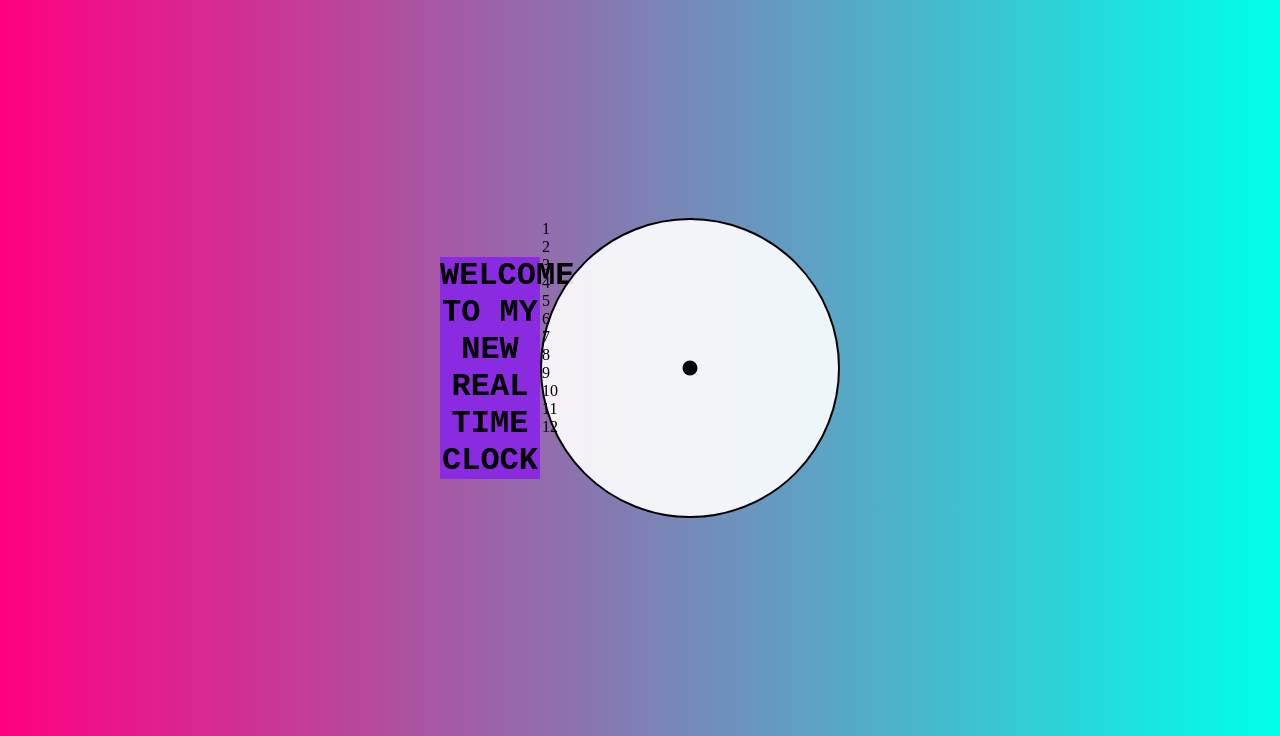
Repository: mirambialex/watch
Page: clock.html
The author's editor kept a copy of each file at every save. The page is drawn from the files as they stood at one save, then again after a run of saves.
The browser window is 1280 px wide. The pictures show the whole page.

Above is the page before, as saved 2024-05-01 09:31:12.
Console error: SyntaxError: Unexpected token '<'

### clock.html
<!DOCTYPE html>
<html lang="en">
<head>
    <meta charset="UTF-8">
    <meta name="viewport" content="width=device-width, initial-scale=1.0">
    <link rel="stylesheet" href="clock.css">
    <script defer src="clock.js"></script>
    <title>clock</title>
</head>
<h1> <div class="header">WELCOME TO MY NEW REAL TIME CLOCK</div></h1>
<body>
    <div class="clock">
        <div class="hand hour" data-hour-hand></div>
        <div class="hand minute" data-minute-hand></div>
        <div class="hand second" data-second-hand></div>
        <div class="number number1">1</div>
        <div class="number number2">2</div>
        <div class="number number3">3</div>
        <div class="number number4">4</div>
        <div class="number number5">5</div>
        <div class="number numberR6">6</div>
        <div class="number number7">7</div>
        <div class="number number">8</div>
        <div class="number number9">9</div>
        <div class="number number10">10</div>
        <div class="number number11">11</div>
        <div class="number number12">12</div>

    </div>
</body>
</html>

### clock.css
*, *::after, *::before {
    box-sizing: border-box;
    font-family: 'Times New Roman', Times, serif;

}
body{
    background: linear-gradient(to right,rgb(255,0,128),hsl(175,100%,50%));
    display: flex;
    justify-content: center;
    align-items: center;
    min-height: 100vh;
    overflow: hidden;

}
.clock{
    width: 300px;
    height: 300px;
    background-color: rgb(255,255,255,.9);
    border-radius: 50%;
    border: 2px solid black;
    position: relative;
}
.clock .NUMBER{
    --rotation:0;
    position: absolute;
    width: 100%;
    height: 100%;
    text-align: center;
    transform: rotate(var(--rotation));
    font-size: 1.5rem;
}

    .clock .number number1 {--rotation:30deg}
    .clock .number number2 {--rotation:60deg}
    .clock .number number3 {--rotation:90deg}
    .clock .number number4 {--rotation:120deg}
    .clock .number number5 {--rotation:150deg}
    .clock .number number6 {--rotation:180deg}
    .clock .number number7 {--rotation:210deg}
    .clock .number number8 {--rotation:240deg}
    .clock .number number9 {--rotation:270deg}
    .clock .number number10 {--rotation:300deg}
    .clock .number number11 {--rotation:330deg}

}
.clock.hand{
    --rotation: 0;
    position:absolute;
    bottom: 50%;
    left: 50%;
    background-color: black;
    border: 1px solid rgb(136,99,224);
    border-top-left-radius: 10px;
    border-top-right-radius: 10px;
    transform-origin: bottom;
    z-index:10;
    transform: translateX(-50%)rotation(calc(var--rotation)*1deg));

}
.clock::after{
    content:" ";
    position: absolute;
    background-color: black;
    z-index: 11;
    width: 15px;
    height: 15px;
    top:50%;
    left: 50%;
    transform: translate(-50%, -50%);
    border-radius: 50%;

}
.clock.second-hand {
    width: 3px;
    height: 45%;
    background-color: rgb(221,65,198);
}
.clock.minute-hand{
    width: 7px;
    height: 40%;
    border-color: rgb(69,19,187);

}
.clock.hour-hand{
    width: 10px;
    height: 35%;
    background-color: rgb(166,209,9);
}
.header{
    font-family: 'Courier New', Courier, monospace;
    text-align: center;
    text-transform: capitalize;
    width: 100px;
    background-color: blueviolet;
    position: top;
}

### clock.js
<script>
        setInterval(setClock,1000)
        const hourHand= document.querySelector ("[data-hour-hand]")
        const minuteHand = document.querySelector ("[data-minute-hand]")
        const secondHand = document.querySelector ("[data-second-hand]")

        function setCLASS() {
            const currentDate=new Date()
            const secondRatio =currentDate.getSeconds() / 60
            const minutesRatio =(secondRatio+currentDate.getMinutes())/
            const hoursRatio=(minutesRatio+currentDate.gethours())/
            setRotatio(secondHand,secondsRatio)
            setRotatio(minuteHand,minuteRatio)
            setRotatio(hourHand,hoursRatio)
        }
        function setRotatio(element,rotationRatio)
        {
        Element.style.setProperty("--rotation",rotationRatio*360)
        }
        setClock()
</script>

After the next 2 saves:
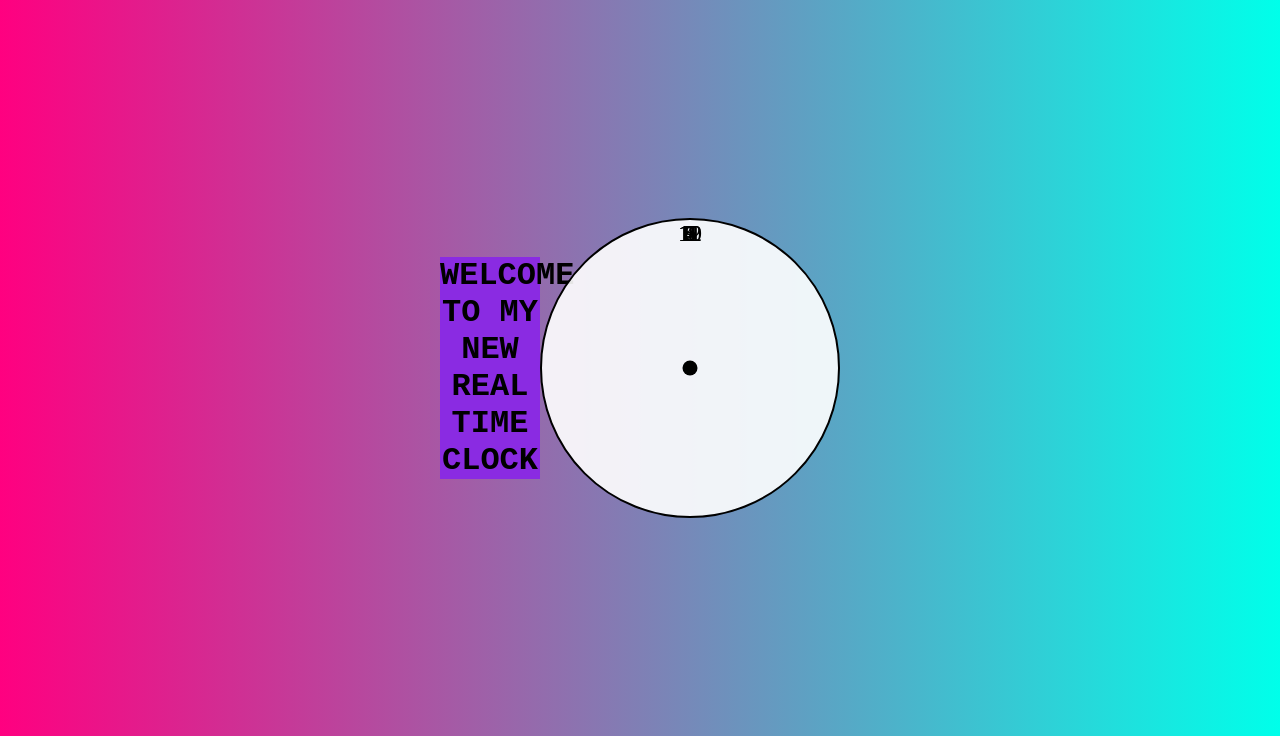
The 2 saves are shown as one change because they came seconds apart.
The last was saved 13 s later.
--- a/clock.css
+++ b/clock.css
@@ -20,7 +20,7 @@
     border: 2px solid black;
     position: relative;
 }
-.clock .NUMBER{
+.clock .number{
     --rotation:0;
     position: absolute;
     width: 100%;

After the save that followed:
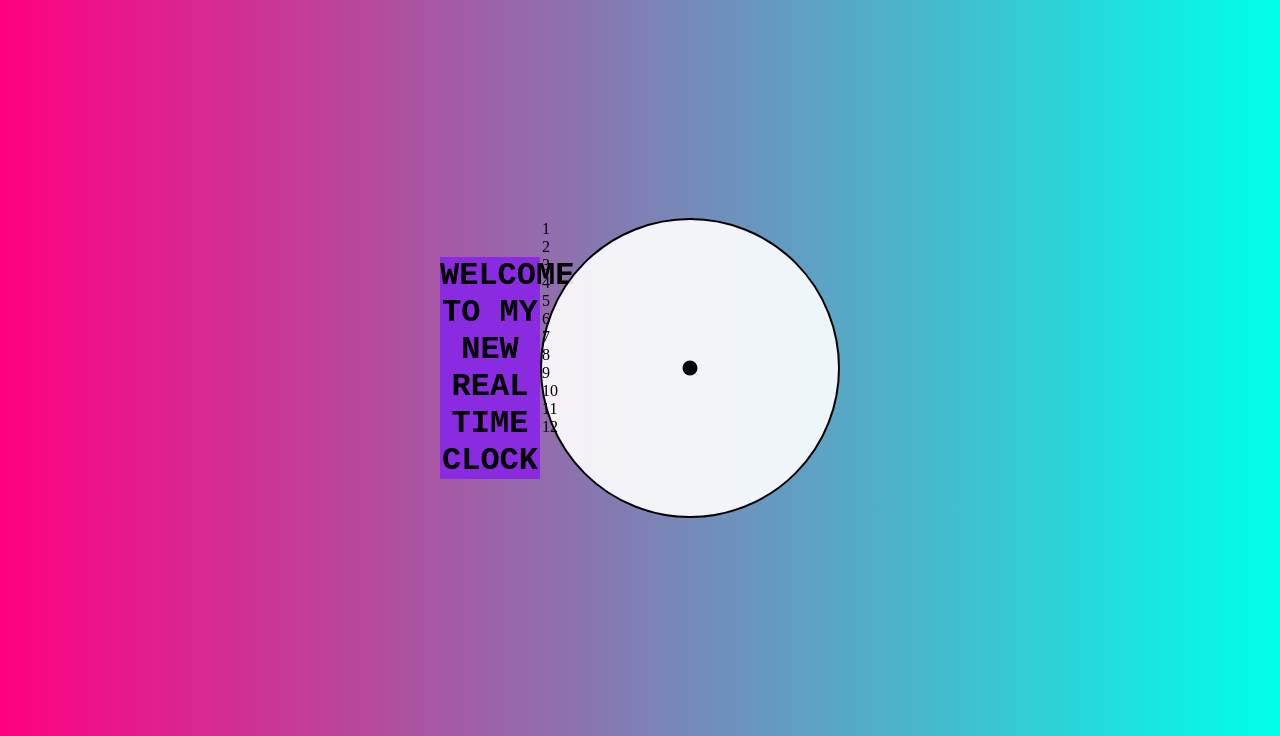
Saved 22 s later.
--- a/clock.css
+++ b/clock.css
@@ -20,14 +20,14 @@
     border: 2px solid black;
     position: relative;
 }
-.clock .number{
+/* .clock .number{
     --rotation:0;
     position: absolute;
     width: 100%;
     height: 100%;
     text-align: center;
     transform: rotate(var(--rotation));
-    font-size: 1.5rem;
+    font-size: 1.5rem; */
 }
 
     .clock .number number1 {--rotation:30deg}
